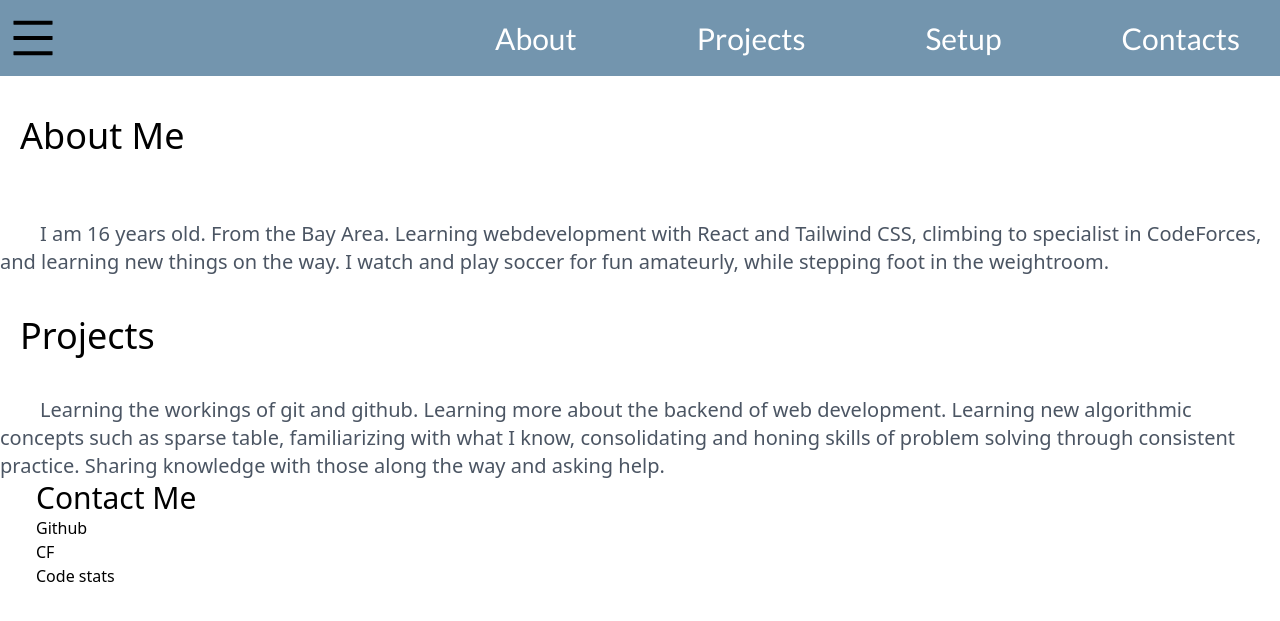
Repository: joshuayanggithub/joshua-yang-website
Page: /
These files come from the project's save history. The page is drawn as it stood at one moment and after the next save; the edit follows.
The browser window is 1280 px wide. The pictures show the whole page.
The project was rebuilt for these pictures with package versions that can differ from the ones it lists, and the page was loaded fresh each time.

Above is the page before, as saved 2023-01-07 17:30:00.

### public/index.html
<!DOCTYPE html>
<html lang="en">
  <head>
    <meta charset="utf-8" />
    <link rel="icon" href="%PUBLIC_URL%/favicon.ico" />
    <meta name="viewport" content="width=device-width, initial-scale=1" />
    <meta name="theme-color" content="#000000" />
    <meta
      name="description"
      content="Web site created using create-react-app"
    />
    <link rel="apple-touch-icon" href="%PUBLIC_URL%/logo192.png" />
    <!--
      manifest.json provides metadata used when your web app is installed on a
      user's mobile device or desktop. See https://developers.google.com/web/fundamentals/web-app-manifest/
    -->
    <link rel="manifest" href="%PUBLIC_URL%/manifest.json" />
    <!--
      Notice the use of %PUBLIC_URL% in the tags above.
      It will be replaced with the URL of the `public` folder during the build.
      Only files inside the `public` folder can be referenced from the HTML.

      Unlike "/favicon.ico" or "favicon.ico", "%PUBLIC_URL%/favicon.ico" will
      work correctly both with client-side routing and a non-root public URL.
      Learn how to configure a non-root public URL by running `npm run build`.
    -->
    <title>Joshua Yang</title>
  </head>
  <body>
    <noscript>You need to enable JavaScript to run this app.</noscript>
    <div id="root"></div>
    <!--
      This HTML file is a template.
      If you open it directly in the browser, you will see an empty page.

      You can add webfonts, meta tags, or analytics to this file.
      The build step will place the bundled scripts into the <body> tag.

      To begin the development, run `npm start` or `yarn start`.
      To create a production bundle, use `npm run build` or `yarn build`.
    -->
  </body>
</html>

### src/index.css
@import url('https://fonts.googleapis.com/css2?family=Lato:ital,wght@0,100;0,300;0,400;0,700;0,900;1,100;1,400;1,700;1,900&display=swap');

@import url('https://fonts.googleapis.com/css2?family=Prata&display=swap');

@tailwind base;
@tailwind components;
@tailwind utilities;

### src/App.js
import NavBar from "./components/NavBar";
import About from "./components/About";
import Contacts from "./components/Contacts";
import Setup from "./components/Setup";
import Projects from "./components/Projects";

function App() {
  return (
    <>
      <NavBar />
      <About />
      <Projects />
      <Setup />
      <Contacts />
    </>
  );
}

export default App;

### src/components/NavBar.jsx
import React from "react";
import {AiOutlineMenu} from 'react-icons/ai'

const NavBar = () => {
  const links = [
    {'id': 1, 'name': 'About'},
    {'id': 2, 'name': 'Projects'},
    {'id': 3, 'name': 'Setup'},
    {'id': 4, 'name': 'Contacts'}
  ]

  return (
    <div class="flex bg-sasskyblue w-full p-2 justify-between items-center">
      <div>
        <AiOutlineMenu size={50}></AiOutlineMenu>
      </div>

      <ul class="md:flex gap-20 p-3">
        {
          links.map((link) =>
            <li key={link.id}>
              <a href='#About' class="text-3xl text-white px-5 hover:bg-sasnavyblue duration-300 font-button">{link.name}</a>
            </li>
          )
        }
      </ul>

    </div>
  );
};

export default NavBar;

### src/components/About.jsx
import React from 'react'

const About = () => {
  return (
    <div class="flex flex-col">
      <h1 class="text-black text-4xl float-left px-5 my-10">About Me</h1>
      <br></br>
      <p class="indent-10 text-gray-600 text-xl">I am 16 years old. From the Bay Area. Learning webdevelopment with React and Tailwind CSS, climbing to specialist in CodeForces, and learning new things on the way. I watch and play soccer for fun amateurly, while stepping foot in the weightroom. </p>
    </div>
  );
}

export default About

### src/components/Contacts.jsx
import React from 'react'

const Contacts = () => {
  return (
    <div class="flex flex-col mx-5 px-4">
      <h1 class="text-3xl">Contact Me</h1>
      <a href="https://github.com/joshuayanggithub">Github</a>
      <a href="https://codeforces.com/profile/JoshuaYang">CF</a>
      <a href="https://wakatime.com/@joshuayang">Code stats</a>
    </div>
  );
}

export default Contacts

### src/components/Setup.jsx
import React from 'react'

const Setup = () => {
  return (
    <div>

    </div>
  );
}

export default Setup

### src/components/Projects.jsx
import React from 'react'

const Projects = () => {
  return (
    <div class="flex flex-col">
      <h1 class="text-black text-4xl float-left px-5 my-10">Projects</h1>
      <p class="indent-10 text-gray-600 text-xl">
        Learning the workings of git and github. Learning more about the backend of web development. Learning new algorithmic concepts such as sparse table, familiarizing with what I know,  consolidating and honing skills of problem solving through consistent practice. Sharing knowledge with those along the way and asking help.
      </p>
    </div>
  );
}

export default Projects

### tailwind.config.js
/** @type {import('tailwindcss').Config} */
module.exports = {
  content: [
    "./src/components/*.{html,js,jsx}",
    "./src/**/*.{html,js,jsx}",
  ],
  theme: {
    screens: {
      'sm': '640px',
      // => @media (min-width: 640px) { ... }

      'md': '768px',
      // => @media (min-width: 768px) { ... }

      'lg': '1024px',
      // => @media (min-width: 1024px) { ... }

      'xl': '1280px',
      // => @media (min-width: 1280px) { ... }

      '2xl': '1536px',
      // => @media (min-width: 1536px) { ... }
    },
    extend: {
      colors: {
        'sasblack':'#5D5C61',
        'sasgrey': '#379683',
        'sasskyblue': '#7395AE',
        'sasnavyblue': '#557A95',
        'sasgold':'#B1A296',
      }
    },
    fontFamily: {
      button: ['Lato',],
      body: ['Prata',],
    },
  },
  plugins: [],
}

Loaded but not shown: src/index.js (common file)

After the next save:
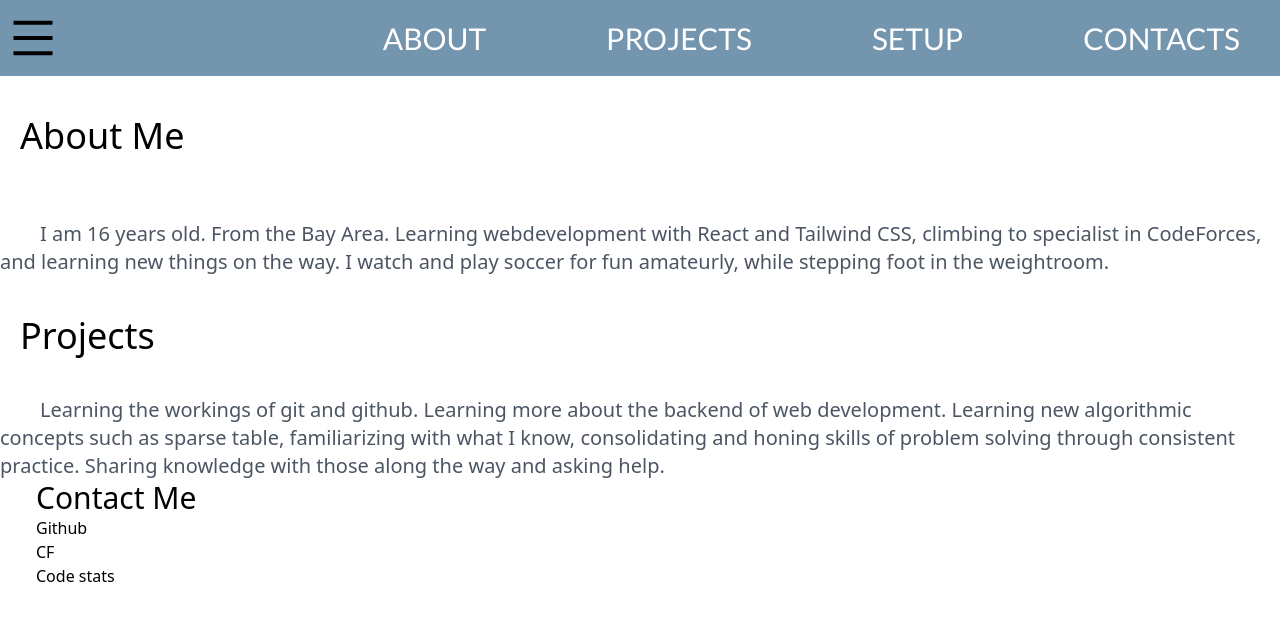
Saved 6 s later.
--- a/src/components/NavBar.jsx
+++ b/src/components/NavBar.jsx
@@ -19,7 +19,7 @@ const NavBar = () => {
         {
           links.map((link) =>
             <li key={link.id}>
-              <a href='#About' class="text-3xl text-white px-5 hover:bg-sasnavyblue duration-300 font-button">{link.name}</a>
+              <a href='#About' class="text-3xl text-white px-5 hover:bg-sasnavyblue duration-300 uppercase font-button">{link.name}</a>
             </li>
           )
         }
